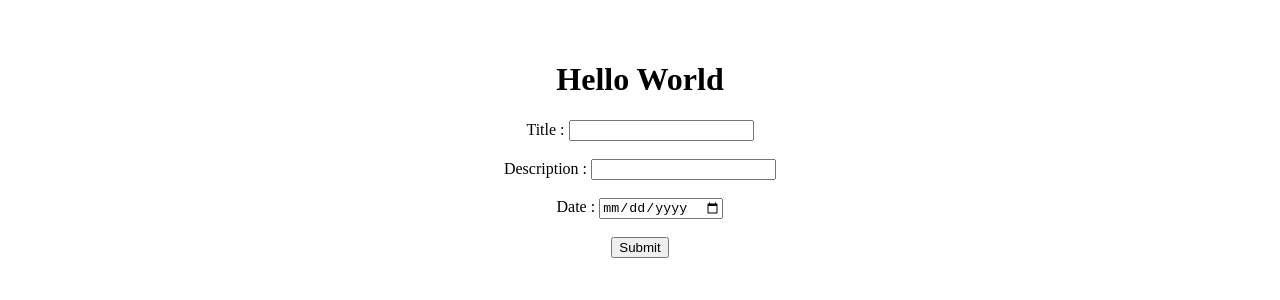
Repository: VishwaGoswami1407/todo-react-frontend
Page: /
An editor plug-in stored every save of this project. The page is shown before and after the next save, followed by the edit.
The browser window is 1280 px wide. The pictures show the whole page.
The project was rebuilt for these pictures with package versions that can differ from the ones it lists, and the page was loaded fresh each time. Also part of the build but not shown: vite.config.js.

Above is the page before, as saved 2024-10-27 22:58:15.

### src/App.jsx
import './App.css'

function App() {

  return (
    <>
     <h1>Hello World</h1>
     <label>Title : </label>
     <input type="text" name="title" />
     <br />
     <br />
     <label>Description : </label>
     <input type="text" name="description" />
     <br />
     <br />
     <label>Date : </label>
     <input type="date" name="date" />
     <br />
     <br />
     <button type="submit" name="submit">Submit</button>

    </>
  )
}

export default App

Loaded but not shown: index.html (common file); src/main.jsx (common file); src/App.css (common file)

After the next save:
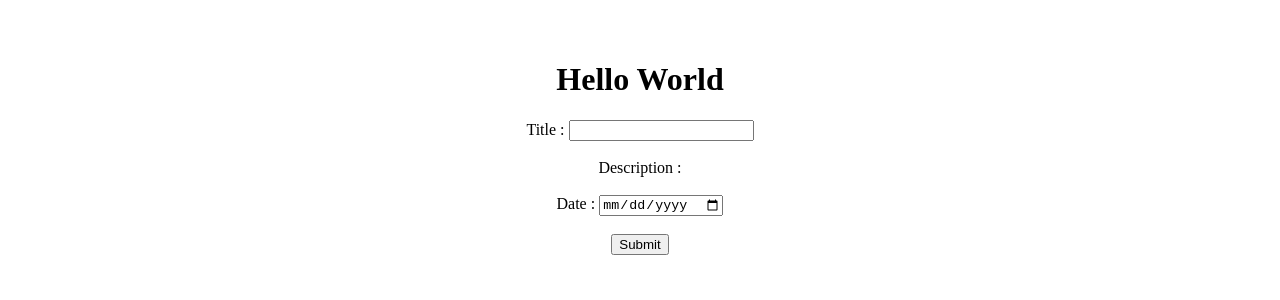
Saved 26 s later.
--- a/src/App.jsx
+++ b/src/App.jsx
@@ -10,7 +10,7 @@ function App() {
      <br />
      <br />
      <label>Description : </label>
-     <input type="text" name="description" />
+
      <br />
      <br />
      <label>Date : </label>
